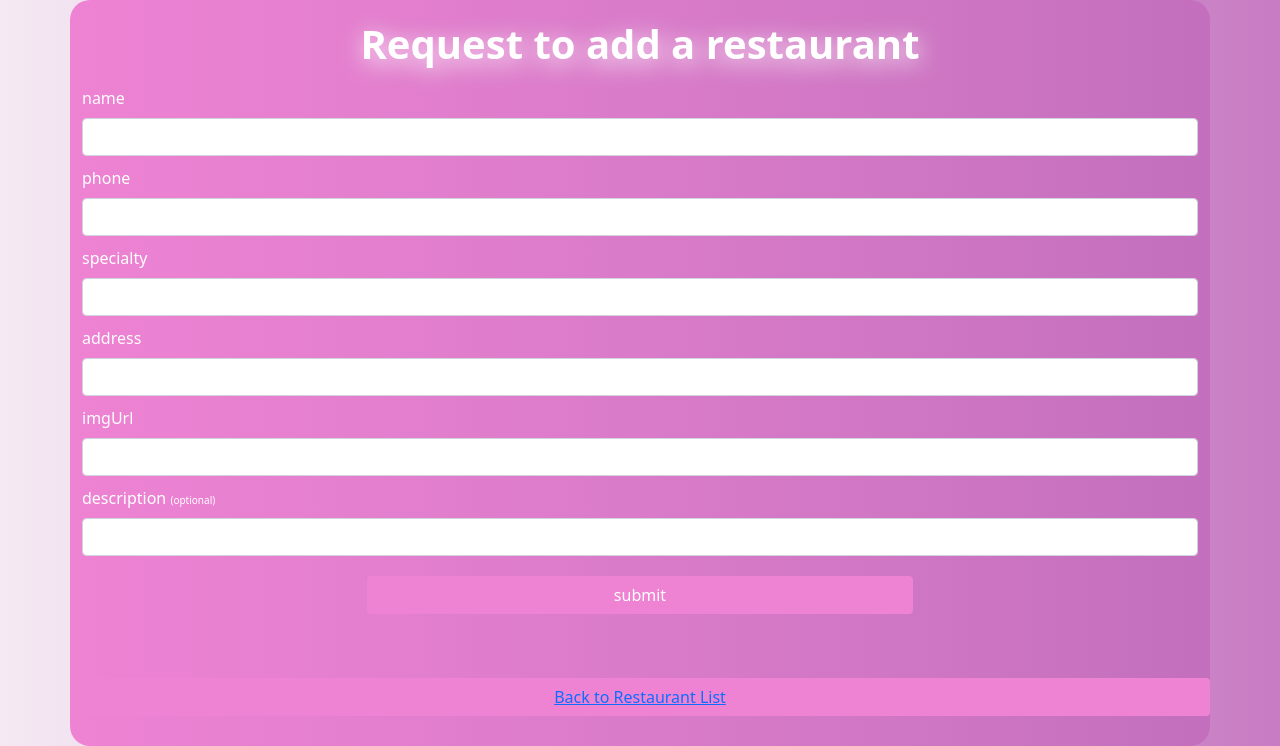
Repository: eyaajili/j2ee
Page: http://localhost/projet_j2ee/addRestaurant.jsp
These files come from the project's save history. The page is drawn as it stood at one moment and after the next save; the edit follows.
The browser window is 1280 px wide. The pictures show the whole page.
The page is served by Tomcat 9. Other server files are loaded and not shown.

Above is the page before, as saved 2023-04-29 21:40:40.

### projet j2ee/src/main/webapp/addRestaurant.jsp
<%@ page language="java" contentType="text/html; charset=ISO-8859-1"
    pageEncoding="ISO-8859-1"%>
<%@ taglib prefix="c" uri="http://java.sun.com/jsp/jstl/core" %>
<!DOCTYPE html>
<html lang="en">
<head>
    <meta charset="UTF-8">
    <meta http-equiv="X-UA-Compatible" content="IE=edge">
    <meta name="viewport" content="width=device-width, initial-scale=1.0">
    <title>Request</title>
    <link
    href="https://cdn.jsdelivr.net/npm/bootstrap@5.0.2/dist/css/bootstrap.min.css"
    rel="stylesheet"
    integrity="sha384-EVSTQN3/azprG1Anm3QDgpJLIm9Nao0Yz1ztcQTwFspd3yD65VohhpuuCOmLASjC"
    crossorigin="anonymous"/>
     <style>
      body {
        background-image: linear-gradient(90deg,rgba(243,231,242,0.9),rgba(194,109,188,0.9)) ;
        background-size: cover;

      }
      </style>

  <style>
    .title{
        color: white;
         font-weight: 700;
        text-align: center;
        margin-top: 20PX;
        text-shadow: 2px 5px 25px white;;
    }
    label{
      color: white;
    }

    .request{
      margin-top: 30px;
    }

    .field{
      margin-top: 10PX;
      margin-bottom: 10PX;
    }

    .container{
      border-radius: 20PX;
    }
  </style>
</head>
<body>
    <div class="container" style="background-image: linear-gradient(90deg,#ee82d3,rgba(194, 109, 188, 0.9));">
    <div class="row">
      <h1 class="title">Request to add a restaurant</h1>
    </div>
    <div class="row">
      <form method="get" action="Servlet">

        <div class="field">
          <label class="form-label" for="name">name</label>
          <input name="name" class="form-control" type="text">
        </div>
                <div class="field">
          <label class="form-label" for="phone">phone</label>
          <input name="phone" class="form-control" type="text">
        </div>

        <div class="field">
          <label class="form-label" for="specialty">specialty</label>
          <input name="specialty" class="form-control" type="text">
        </div>
        <div class="field">
          <label class="form-label" for="address">address</label>
          <input name="address" class="form-control" type="text">
        </div>
                <div class="field">
          <label class="form-label" for="imgUrl">imgUrl</label>
          <input name="imgUrl" class="form-control" type="text">
        </div>

        <div class="field">
          <label class="form-label" for="description" >description <span style="font-size: 10PX;">(optional)</span></label>
          <input class="form-control" type="text">
        </div>
        <div class="row">
          <div class="col-3">
          </div>
          <div class="col-6">
          <div class="d-grid gap-2">
          <button class="btn" style="margin-top: 10px; margin-bottom: 30px; background-color: #ee82d3; color: white;"value="Add" type="submit">submit</button>
          </div>
          </div>
          <div class="col-3"></div>
        </div>
        <input type="hidden" name="action" value="addRestaurant">
      </form>
    </div>

    <br>
    <div class="row">
    <button class="btn" style="margin-top: 10px; margin-bottom: 30px; background-color: #ee82d3; color: white;">
      <a href="Servlet?action=listRestaurant">Back to Restaurant List</a>
    </button>
  </div>
   </div>
</body>
</html>

After the next save:
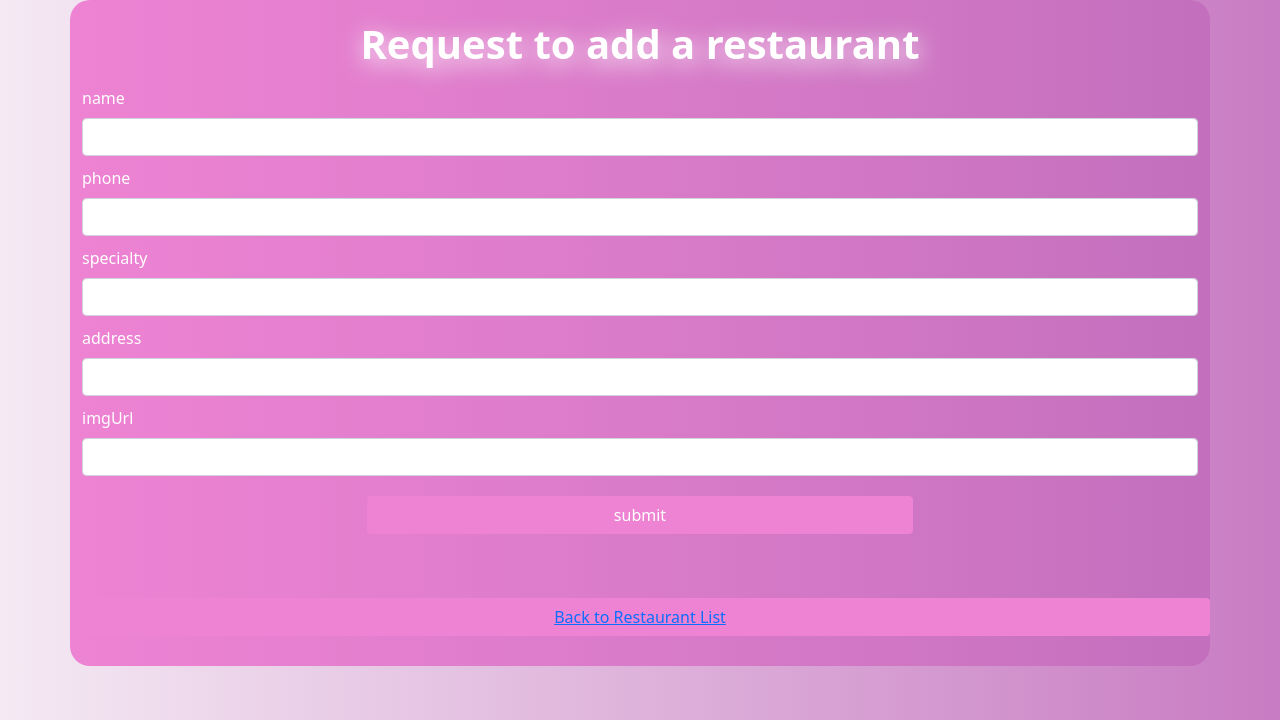
Saved 2 min 8 s later.
--- a/projet j2ee/src/main/webapp/addRestaurant.jsp
+++ b/projet j2ee/src/main/webapp/addRestaurant.jsp
@@ -77,10 +77,6 @@
           <input name="imgUrl" class="form-control" type="text">
         </div>
 
-        <div class="field">
-          <label class="form-label" for="description" >description <span style="font-size: 10PX;">(optional)</span></label>
-          <input class="form-control" type="text">
-        </div>
         <div class="row">
           <div class="col-3">
           </div>
